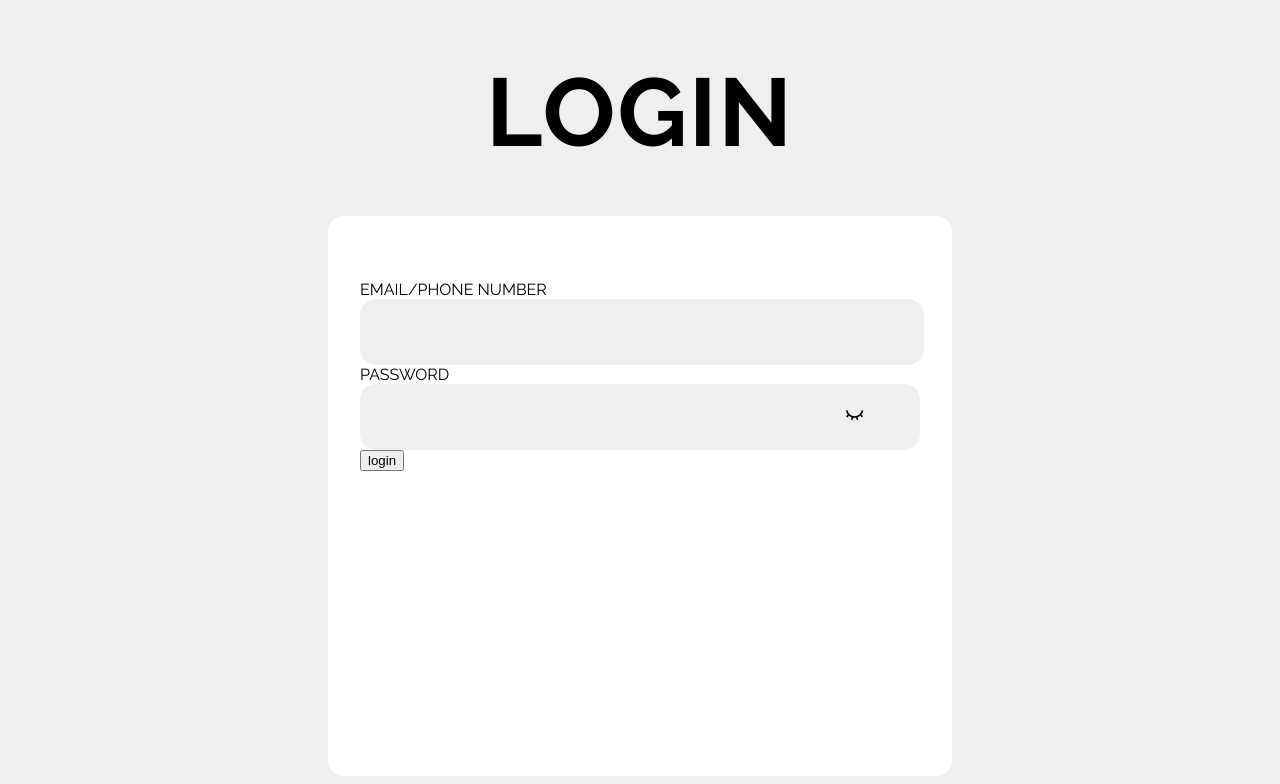
Repository: rehamtaher10/thirdReactTask
Page: /
These files come from the project's save history. The page is drawn as it stood at one moment and after a run of saves; the edit follows.
The browser window is 1280 px wide. The pictures show the whole page.
The project was rebuilt for these pictures with package versions that can differ from the ones it lists, and the page was loaded fresh each time. Also part of the build but not shown: vite.config.js, src/components/HomePage/Home.jsx, src/style/navBar.css, src/components/Navbar.jsx, src/components/Layout/Layout.jsx, src/components/AboutPage/About.jsx, src/style/contactUs.css, src/components/ContactUsPage/ContactUs.jsx and 2 more.

Above is the page before, as saved 2024-12-02 00:50:31.

### src/App.jsx
import React from "react";
import Home from "./components/HomePage/Home";
import { createBrowserRouter, RouterProvider } from "react-router-dom";
import Layout from "./components/Layout/Layout";
import About from "./components/AboutPage/About";
import ContactUs from "./components/ContactUsPage/ContactUs";
import Service from "./components/ServicePage/Service";
import LoginPage from "./components/loginPage/LoginPage"

export default function App() {
  const Routing = createBrowserRouter([
    { path: "", element: <LoginPage /> },
    {
      path: "home",
      element: <Layout />,
      // errorElement: <h1>404 Not Found</h1>,
      children: [
        { path: "", element: <Home /> },
        { path: "about", element: <About /> },
        { path: "service", element: <Service /> },
        {
          path: "contact",
          element: <ContactUs />,
          children: [
            { index: true, element: <h1>Contact us Form</h1> },
            { path: "location", element: <h1>Contact us Location</h1> },
            { path: "emails", element: <h1>Contact us Emails</h1> },
            { path: "phone-number", element: <h1>Phone Number</h1> },
          ],
        },
        { path: "*", element: <section>Not Found Page</section> },
      ],
    },
  ]);
  return <RouterProvider router={Routing} />;
}

### src/components/loginPage/LoginPage.jsx
import { Form, Formik } from "formik";
import React from "react";
import { useNavigate } from "react-router-dom";
import * as Yup from "yup";
import WrapperInput from "../wrapperInput/WrapperInput";
import "../../style/loginPage.css";
export default function LoginPage() {
  const navigate = useNavigate();

  const validationSchema = Yup.object({
    email: Yup.string()
      .email("Must Be Like E-mail Format")
      .required("E-mail is Requird"),
    password: Yup.string().min(7).max(15).required("Password is Requird"),
  });
  const initialValues = {
    email: "",
    password: "",
  };
  const onSubmit = (values) => {
    console.log(values);
    navigate("/home");
  };

  return (
    <div className="loginComponent">
      <h1>Login</h1>
      <Formik
        initialValues={initialValues}
        onSubmit={onSubmit}
        validationSchema={validationSchema}
      >
        <Form>

          <WrapperInput name={"email"} label="Email/PHONE NUMBER" isDefault />
          <WrapperInput name={"password"}  label="PASSWORD" isPassword />
          <button type="submit">login</button>
        </Form>
      </Formik>
    </div>
  );
}

### src/components/wrapperInput/WrapperInput.jsx
import { ErrorMessage, Field } from "formik";
import React from "react";
import ErrorMessageField from "./ErrorMessageField";
import { RiEyeLine, RiEyeCloseLine } from "react-icons/ri";
import { useState } from "react";

export default function WrapperInput({
  name,
  placeholder,
  isDefault,
  isPassword,
  label,
}) {
  const [showPassword, setShowPassword] = useState(false);

  const togglePasswordVisibility = () => {
    setShowPassword((prev) => !prev);
  };
  return (
    <div className="wrapper_input">
      {label && <label htmlFor={name}>{label}</label>}
      <br />
      {isDefault && <Field name={name} placeholder={placeholder} />}
      {isPassword && (
        <div className="password-wrapper">
          <Field id={name} name={name}>
            {({ field }) => (
              <input
                type={showPassword ? "text" : "password"}
                {...field}
                placeholder={placeholder}
                autoComplete="off" /* Disables browser icon */
                className="custom-password-input"
              />
            )}
          </Field>
          <button
            type="button"
            onClick={togglePasswordVisibility}
            className="toggle-password-btn"
            aria-label="Toggle password visibility"
          >
            {showPassword ? <RiEyeLine /> : <RiEyeCloseLine />}
          </button>
        </div>
      )}
      <ErrorMessage name={name} component={ErrorMessageField} />
    </div>
  );
}

// React Basics (Folder Structure - Components - Props - State)
// Style (External - Sass + Bem - Bootrstrap  - MUI)
// Hooks (UseState - UseEffect - UseContext - UseRef)
// Routes (React Router Dom)
// Formik + Yup
// State Management (React Query + Redux)

### src/style/loginPage.css
@import url('https://fonts.googleapis.com/css2?family=Raleway:ital,wght@0,100..900;1,100..900&display=swap');

body {
  background-color: rgb(241, 238, 238);
}
.loginComponent {
  display: flex;
  flex-direction: column;
  justify-content: center;
  align-items: center;
}
.loginComponent h1 {
  font-family: "Raleway", sans-serif;
  font-size: 6rem;
  text-transform: uppercase;
  letter-spacing: 2px;
  margin-block: 3rem;
}
.loginComponent form{
    font-family: "Raleway", sans-serif;
    background-color: white;
    width: 35rem;
    height: 27rem;
    border-radius: 1rem;
    padding-inline: 2rem;
    padding-block: 4rem;
}
.loginComponent form label{
    text-transform: uppercase;
}
.loginComponent form input{
    width: 100%;
    height: 4rem;
    background-color: rgb(241, 238, 238);
    border: none;
    border-radius: 1rem;
    ma
}
.error {
    color: #ba1420;
  }
  .password-wrapper {
    position: relative;
    display: flex;
    align-items: center;
  }

  .toggle-password-btn {
    position: absolute;
    right: 50px;
    background: none;
    border: none;
    cursor: pointer;
    font-size: 1.2rem;
  }
  .custom-password-input::-ms-reveal,
  .custom-password-input::-ms-clear {
    display: none;
  }

  .custom-password-input::-webkit-inner-spin-button,
  .custom-password-input::-webkit-outer-spin-button,
  .custom-password-input::-webkit-textfield-decoration-container {
    display: none;
  }

  .custom-password-input {
    -webkit-text-security: none; /* Removes browser styling */
  }

Loaded but not shown: index.html (common file); src/main.jsx (common file)

After the next 2 saves:
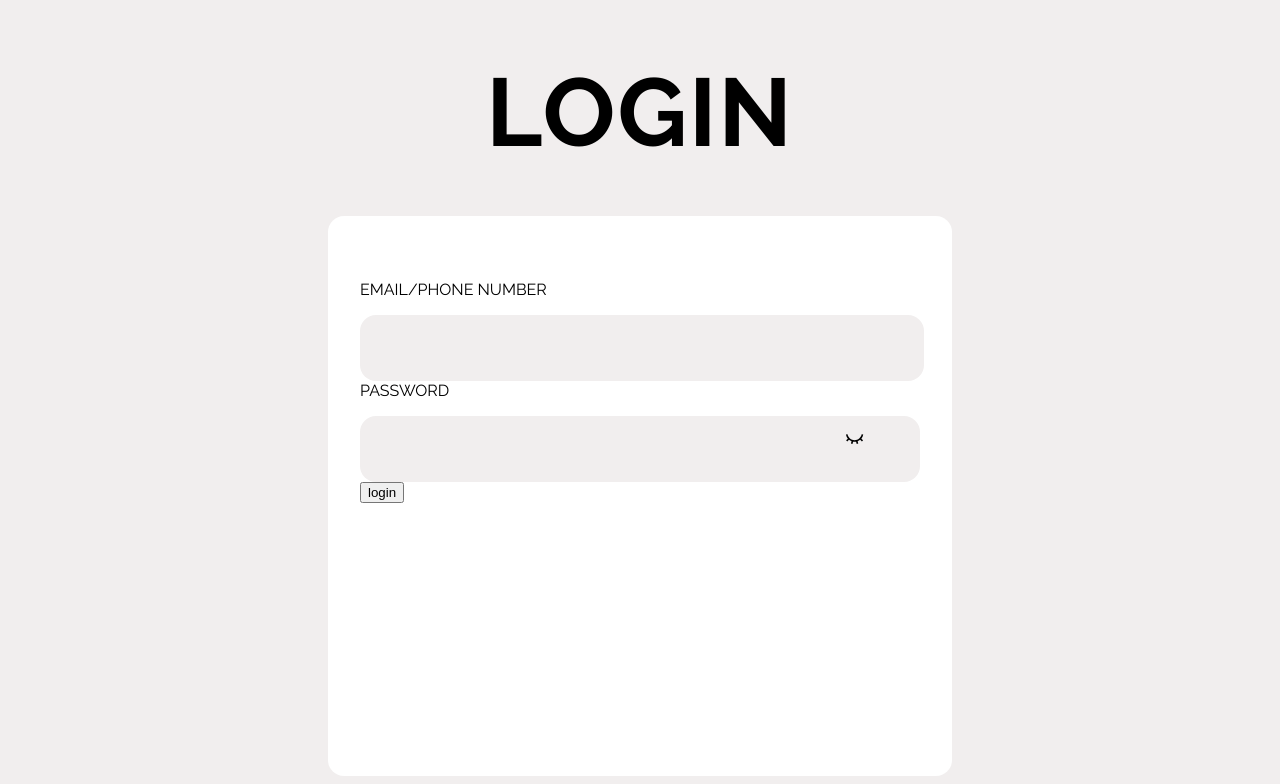
The 2 saves are shown as one change because they came seconds apart.
The last was saved 8 s later.
--- a/src/style/loginPage.css
+++ b/src/style/loginPage.css
@@ -34,7 +34,7 @@
     background-color: rgb(241, 238, 238);
     border: none;
     border-radius: 1rem;
-    ma
+    margin-top: 1rem;
 }
 .error {
     color: #ba1420;

After the save that followed:
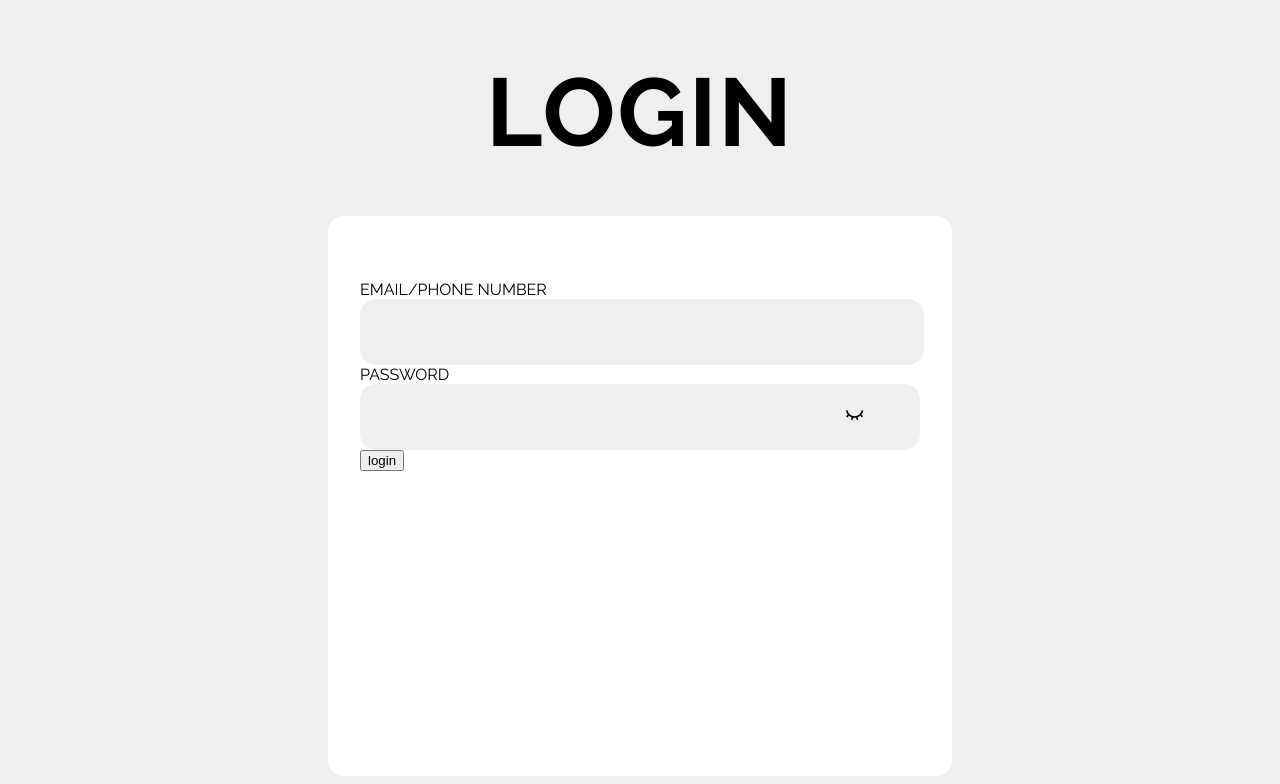
Saved 14 s later.
--- a/src/style/loginPage.css
+++ b/src/style/loginPage.css
@@ -34,7 +34,6 @@
     background-color: rgb(241, 238, 238);
     border: none;
     border-radius: 1rem;
-    margin-top: 1rem;
 }
 .error {
     color: #ba1420;
